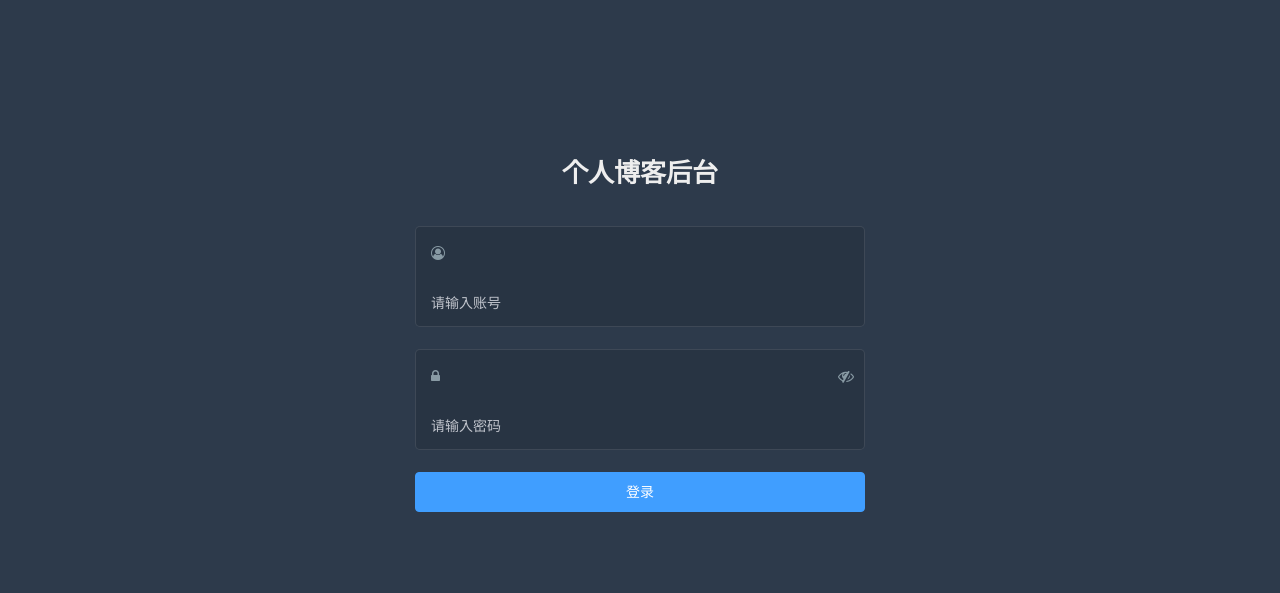
Repository: coWhy/blog-admin
Page: /#/login
The author's editor kept a copy of each file at every save. The page is drawn from the files as they stood at one save, then again after the next save.
The browser window is 1280 px wide. The pictures show the whole page.
The page's requests for data from a server got no answer. The project was rebuilt for these pictures with package versions that can differ from the ones it lists, and the page was loaded fresh each time. No one was signed in, and anything a server would have sent is missing. Also part of the build but not shown: vue.config.js.

Above is the page before, as saved 2020-04-27 04:17:23.

### public/index.html
<!DOCTYPE html>
<html lang="en">
  <head>
    <meta charset="utf-8">
    <meta http-equiv="X-UA-Compatible" content="IE=edge">
    <meta name="viewport" content="width=device-width,initial-scale=1.0">
    <link rel="icon" href="<%= BASE_URL %>favicon.ico">
    <title><%= htmlWebpackPlugin.options.title %></title>
    <script type="text/javascript" src="./live2dw/lib/L2Dwidget.min.js"></script>
  </head>
  <body>
    <noscript>
      <strong>We're sorry but <%= htmlWebpackPlugin.options.title %> doesn't work properly without JavaScript enabled. Please enable it to continue.</strong>
    </noscript>
    <div id="app"></div>
    <!-- built files will be auto injected -->
  </body>
</html>

### src/main.js
import Vue from 'vue'
import App from './App.vue'
import router from './router'
import store from './store'
// 全局配置样式
import '@/assets/scss/reset.scss'
// 引入icon库
import '@/assets/font-awesome-4.7.0/css/font-awesome.css'
Vue.config.productionTip = false
// 第三方包
import ElementUI from 'element-ui'
import 'element-ui/lib/theme-chalk/index.css'
// 自定义注册全局插件
import http from '@/utils/http' // 自定义全局axios
Vue.use(ElementUI)
Vue.use(http)

new Vue({
  router,
  store,
  render: h => h(App)
}).$mount('#app')

### src/router/index.js
import Vue from 'vue'
import VueRouter from 'vue-router'
//当我们重复点击路由导航菜单的时候控制台会报错，错误的缘由是因为 vue-router 版本太新 解决办法
const originalPush = VueRouter.prototype.push
VueRouter.prototype.push = function push(location) {
  return originalPush.call(this, location).catch(err => err)
}
Vue.use(VueRouter)

const routes = [
  {
    path: '/login',
    name: 'login',
    component: () => import('@/views/login/index')
  },
  {
    path: '/',
    component: () => import('@/views/layout'),
    children: [
      {
        path: '/home',
        name: 'home',
        component: () => import('@/views/home')
      },
      {
        path: '/user',
        name: 'user',
        component: () => import('@/views/user')
      },
      {
        path: '/type',
        name: 'type',
        component: () => import('@/views/type')
      }
    ]
  }
]

const router = new VueRouter({
  routes
})

export default router

### src/store/index.js
import Vue from 'vue'
import Vuex from 'vuex'
import tag from './modules/tag'
import user from './modules/user'
Vue.use(Vuex)

export default new Vuex.Store({
  state: {},
  mutations: {},
  actions: {},
  modules: {
    tag,
    user
  }
})

### src/utils/http.js
// 自定义开发插件
import axios from 'axios'
import { getAccessToken } from '@/utils/auth'
import { MessageBox, Message } from 'element-ui'
const MyHttpServer = {}

MyHttpServer.install = Vue => {
  // 基准地址
  axios.defaults.baseURL = process.env.VUE_APP_BASE_API
  axios.defaults.timeout = 3000
  // 添加请求拦截器 token拦截
  axios.interceptors.request.use(
    config => {
      // 从cookie中拿出登录时候存放的访问token
      const accessToken = getAccessToken()
      if (accessToken) {
        config.headers['Authorization'] = accessToken
      }
      return config
    },
    error => {
      return Promise.reject(error)
    }
  )
  // 响应拦截
  axios.interceptors.response.use(
    response => {
      //  此处对不同状态码 进行不同的操作 比如404 跳转页面等
      const res = response.data
      // 假如访问不成功 就返回错误信息给前端 后端访问成功码为 0
      if (res.code && res.code !== 0) {
        Message({
          message: res.msg || '访问错误',
          type: 'error',
          duration: 5 * 1000
        })
      }

      return res
    },
    error => {
      return Promise.reject(error)
    }
  )
  Vue.prototype.$http = axios
}
export default MyHttpServer

### src/assets/scss/_variable.scss
// 全局配置样式 修改主题颜色
$theme-color: #33aef0;

// header部分
$header-bg-color:#626e85  // 头部背景色

### src/views/login/index.vue
<template>
  <div class="login-container">
    <el-form
      ref="loginForm"
      :model="loginForm"
      :rules="loginRules"
      class="login-form"
      auto-complete="on"
      label-position="left"
    >
      <div class="title-container">
        <h3 class="title">个人博客后台</h3>
      </div>

      <el-form-item prop="username">
        <span class="fa-container">
          <i class="fa fa-user-circle-o" aria-hidden="true"></i>
        </span>
        <el-input
          ref="username"
          v-model="loginForm.username"
          placeholder="请输入账号"
          name="username"
          type="text"
          tabindex="1"
          auto-complete="on"
        />
      </el-form-item>

      <el-form-item prop="password">
        <span class="fa-container">
          <i class="fa fa-lock" aria-hidden="true"></i>
        </span>
        <el-input
          :key="passwordType"
          ref="password"
          v-model="loginForm.password"
          :type="passwordType"
          placeholder="请输入密码"
          name="password"
          tabindex="2"
          auto-complete="on"
          @keyup.enter.native="handleLogin"
        />
        <span class="show-pwd" @click="showPwd">
          <i
            :class="
              passwordType === 'password' ? 'fa fa-eye-slash' : 'fa fa-eye'
            "
          />
        </span>
      </el-form-item>

      <el-button
        :loading="loading"
        type="primary"
        style="width:100%;margin-bottom:30px;"
        @click.native.prevent="handleLogin"
        >登录</el-button
      >
    </el-form>
  </div>
</template>

<script>
import { validUsername } from '@/utils/validate'

export default {
  name: 'Login',
  data() {
    const validateUsername = (rule, value, callback) => {
      if (!validUsername(value)) {
        callback(new Error('请输入用户名'))
      } else {
        callback()
      }
    }
    const validatePassword = (rule, value, callback) => {
      if (value.length < 5) {
        callback(new Error('密码不能小于6位数'))
      } else {
        callback()
      }
    }
    return {
      loginForm: {
        username: '',
        password: ''
      },
      loginRules: {
        username: [
          { required: true, trigger: 'blur', validator: validateUsername }
        ],
        password: [
          { required: true, trigger: 'blur', validator: validatePassword }
        ]
      },
      loading: false,
      passwordType: 'password',
      redirect: undefined
    }
  },
  watch: {
    $route: {
      handler: function(route) {
        this.redirect = route.query && route.query.redirect
      },
      immediate: true
    }
  },
  methods: {
    showPwd() {
      if (this.passwordType === 'password') {
        this.passwordType = ''
      } else {
        this.passwordType = 'password'
      }
      this.$nextTick(() => {
        this.$refs.password.focus()
      })
    },
    handleLogin() {}
  }
}
</script>

<style lang="scss">
$bg: #283443;
$light_gray: #fff;
$cursor: #fff;

@supports (-webkit-mask: none) and (not (cater-color: $cursor)) {
  .login-container .el-input input {
    color: $cursor;
  }
}

/* reset element-ui css */
.login-container {
  .el-input {
    display: inline-block;
    height: 47px;
    width: 85%;
    display: flex;
    /* 弹性布局 */
    justify-content: center;
    align-items: center;
    input {
      background: transparent;
      border: 0px;
      -webkit-appearance: none;
      border-radius: 0px;
      padding: 12px 5px 12px 15px;
      color: $light_gray;
      height: 47px;
      caret-color: $cursor;

      &:-webkit-autofill {
        box-shadow: 0 0 0px 1000px $bg inset !important;
        -webkit-text-fill-color: $cursor !important;
      }
    }
  }

  .el-form-item {
    border: 1px solid rgba(255, 255, 255, 0.1);
    background: rgba(0, 0, 0, 0.1);
    border-radius: 5px;
    color: #454545;
  }
}
</style>

<style lang="scss" scoped>
$bg: #2d3a4b;
$dark_gray: #889aa4;
$light_gray: #eee;

.login-container {
  min-height: 100%;
  width: 100%;
  background-color: $bg;
  overflow: hidden;

  .login-form {
    position: relative;
    width: 520px;
    max-width: 100%;
    padding: 160px 35px 0;
    margin: 0 auto;
    overflow: hidden;
  }

  .tips {
    font-size: 14px;
    color: #fff;
    margin-bottom: 10px;

    span {
      &:first-of-type {
        margin-right: 16px;
      }
    }
  }

  .fa-container {
    padding: 6px 5px 6px 15px;
    color: $dark_gray;
    vertical-align: middle;
    width: 30px;
    display: inline-block;
  }

  .title-container {
    position: relative;

    .title {
      font-size: 26px;
      color: $light_gray;
      margin: 0px auto 40px auto;
      text-align: center;
      font-weight: bold;
    }
  }

  .show-pwd {
    position: absolute;
    right: 10px;
    top: 7px;
    font-size: 16px;
    color: $dark_gray;
    cursor: pointer;
    user-select: none;
  }
}
</style>

### src/store/modules/tag.js
export default {
  state: {
    isCollapse: false, // 是否折叠菜单 默认展开
    menuList: [], // 菜单列表
    curMenu: null, // 点击选中的菜单
    tagList: [
      // 首页是不可关闭的
      {
        path: '/',
        name: 'home',
        title: '首页',
        icon: 'el-icon-s-home'
      }
    ] // 存放tags 点击后 就存到里面去
  },
  mutations: {
    /**
     * 将选中的menu赋值 给curMenu
     * @param {*} state
     * @param {*} selectedMenu 点击选中的菜单
     */
    getSelectedMenu(state, selectedMenu) {
      if (selectedMenu.name !== 'home') {
        state.curMenu = selectedMenu
        let result = state.tagList.findIndex(
          item => item.name === selectedMenu.name
        )
        if (result === -1) {
          // 没找到这个tag 就放进tagList
          state.tagList.push(selectedMenu)
        }
      } else {
        state.curMenu = null
      }
    },
    /**
     * 关闭已经打开的菜单
     * @param {*} state
     * @param {*} selectedTag 打开的菜单
     */
    closeSelectedTag(state, selectedTag) {
      let result = state.tagList.findIndex(
        item => item.name === selectedTag.name
      )
      state.tagList.splice(result, 1)
    },
    // 关闭 或 展开左侧菜单栏
    collapseAsideMenu(state) {
      state.isCollapse = !state.isCollapse
    }
  },
  actions: {}
}

### src/store/modules/user.js
import cookie from 'js-cookie'
export default {
  state: {
    accessToken: '', // 访问token
    refreshToken: '', // 刷新token
    username: '', // 用户名
    avatar: '' // 头像
  },
  mutations: {
    // 保存accessToken使用
    setAccessToken(state, accessToken) {
      state.accessToken = accessToken
      cookie.set('accessToken', accessToken)
    },
    getAccessToken(state) {
      state.accessToken = cookie.get('accessToken')
    },
    // 保存 refreshToken
    setRefreshToken(state, refreshToken) {
      state.refreshToken = refreshToken
      cookie.set('refreshToken', refreshToken)
    },
    getRefreshToken(state) {
      state.refreshToken = cookie.get('refreshToken')
    },
    // 保存用户名
    setUsername(state, username) {
      state.username = username
      cookie.set('username', username)
    },
    getUsername(state) {
      state.username = cookie.get('username')
    },
    //保存头像
    setAvatar(state, avatar) {
      state.avatar = avatar
      cookie.set('avatar', avatar)
    },
    getAvatar(state) {
      state.avatar = cookie.get('avatar')
    },
    // 清除tokens 退出时候使用
    clearTokens(state) {
      state.accessToken = ''
      state.refreshToken = ''
      state.username = ''
      state.refreshToken = ''
      cookie.remove('accessToken')
      cookie.remove('refreshToken')
      cookie.remove('username')
      cookie.remove('avatar')
    }
  }
}

### src/utils/auth.js
import cookie from 'js-cookie'
// 获取访问token
export function getAccessToken() {
  return cookie.get('accessToken')
}

Loaded but not shown: src/App.vue (common file); src/assets/scss/reset.scss (common file); src/assets/font-awesome-4.7.0/css/font-awesome.css (library); src/utils/validate.js (common file); public/live2dw/lib/L2Dwidget.min.js (library)

After the next save:
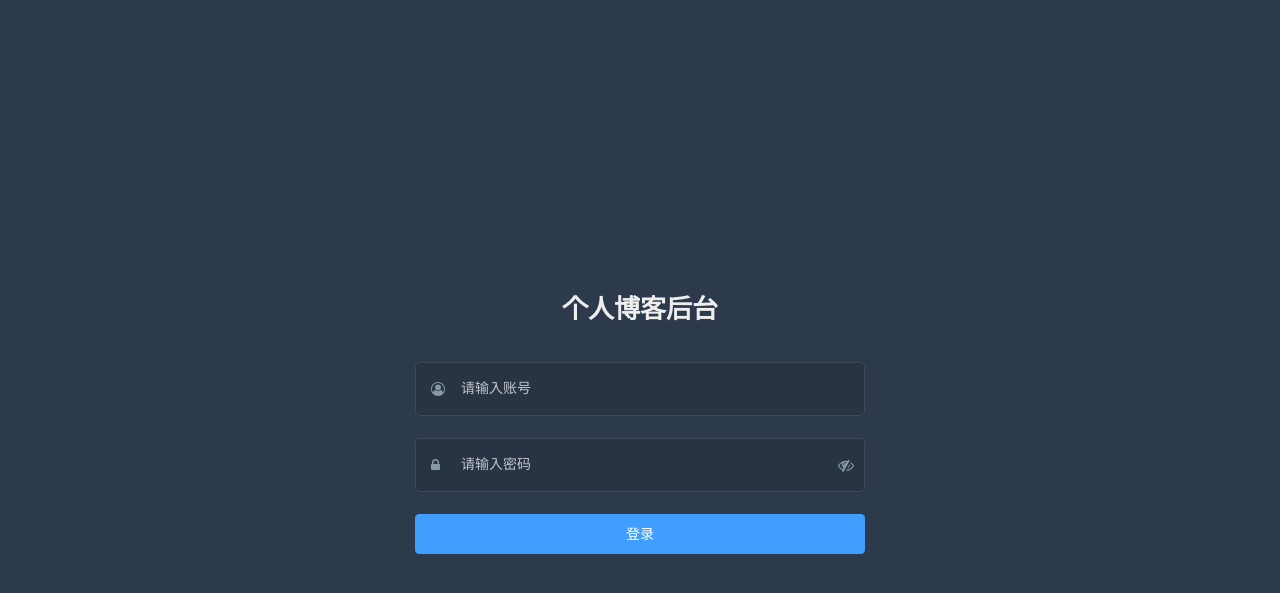
Saved 17 s later.
--- a/src/views/login/index.vue
+++ b/src/views/login/index.vue
@@ -137,14 +137,14 @@ $cursor: #fff;
 
 /* reset element-ui css */
 .login-container {
+  display: flex;
+  /* 弹性布局 */
+  justify-content: center;
+  align-items: center;
   .el-input {
     display: inline-block;
     height: 47px;
     width: 85%;
-    display: flex;
-    /* 弹性布局 */
-    justify-content: center;
-    align-items: center;
     input {
       background: transparent;
       border: 0px;
